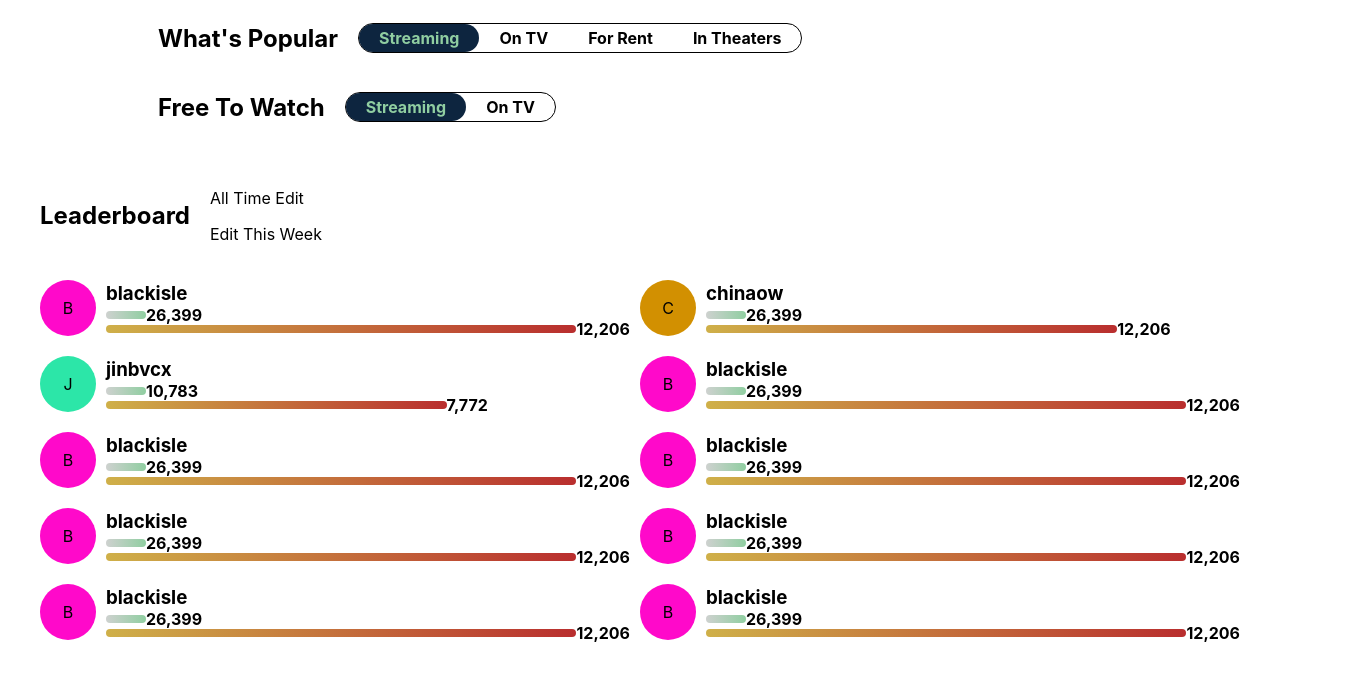
Repository: Fauzaanmhmd/qnpTesFrontend
Page: /
These files come from the project's save history. The page is drawn as it stood at one moment and after the next save; the edit follows.
The browser window is 1280 px wide. The page is 1371 px wide, so the pictures cover 1371 px, including what lies to the right of the window. The pictures show the part of the page from y = 364 to 1054 px (the page is 1054 px tall).
The page's requests for data from a server got no answer. The project was rebuilt for these pictures with package versions that can differ from the ones it lists, and the page was loaded fresh each time. The framework's server and built-in components were replaced by stand-ins that run in the browser. No one was signed in, and anything a server would have sent is missing. Also part of the build but not shown: next.config.js, styles/Moviecard.module.scss, pages/components/Moviecard.tsx.

Above is the page before, as saved 2022-03-20 22:50:55.

After the next save:
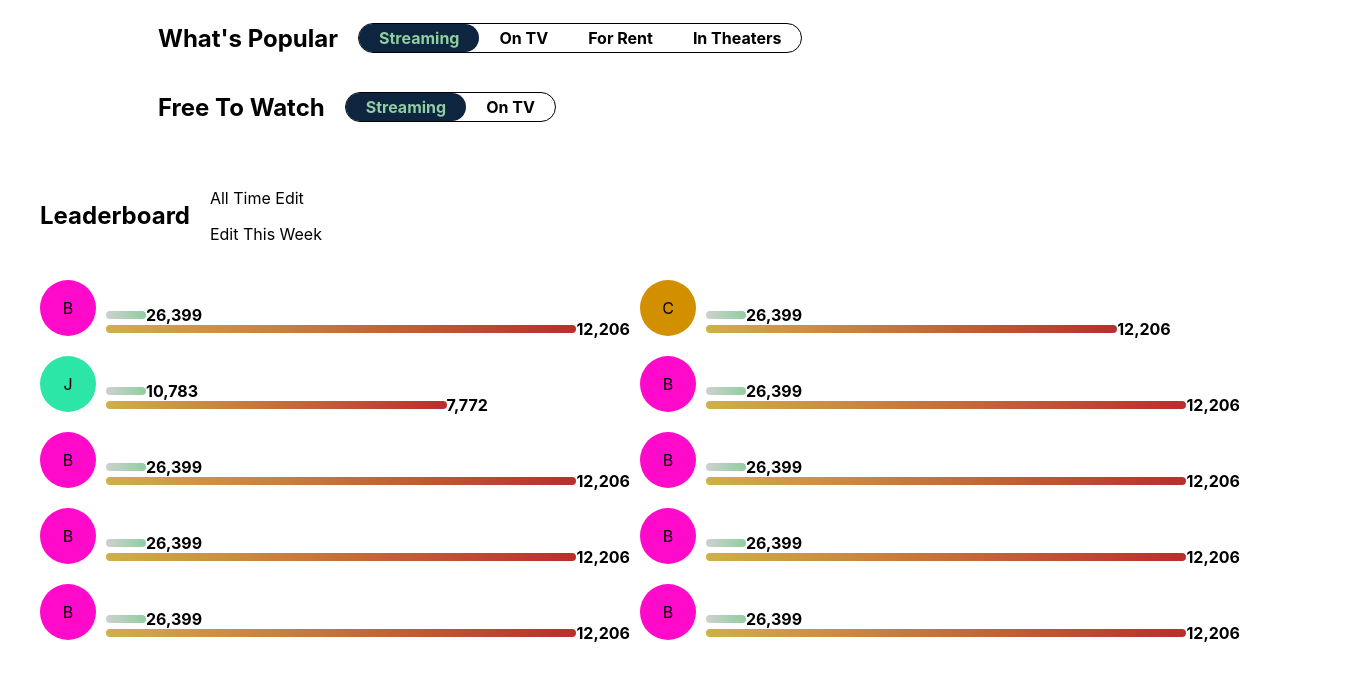
Saved 24 s later.
--- a/styles/Leaderboard.module.scss
+++ b/styles/Leaderboard.module.scss
@@ -111,7 +111,7 @@
     h3 {
         margin: 0;
         padding: 0;
-        color: #000;
+        color: $white;
     }
 }
 

After the save that followed:
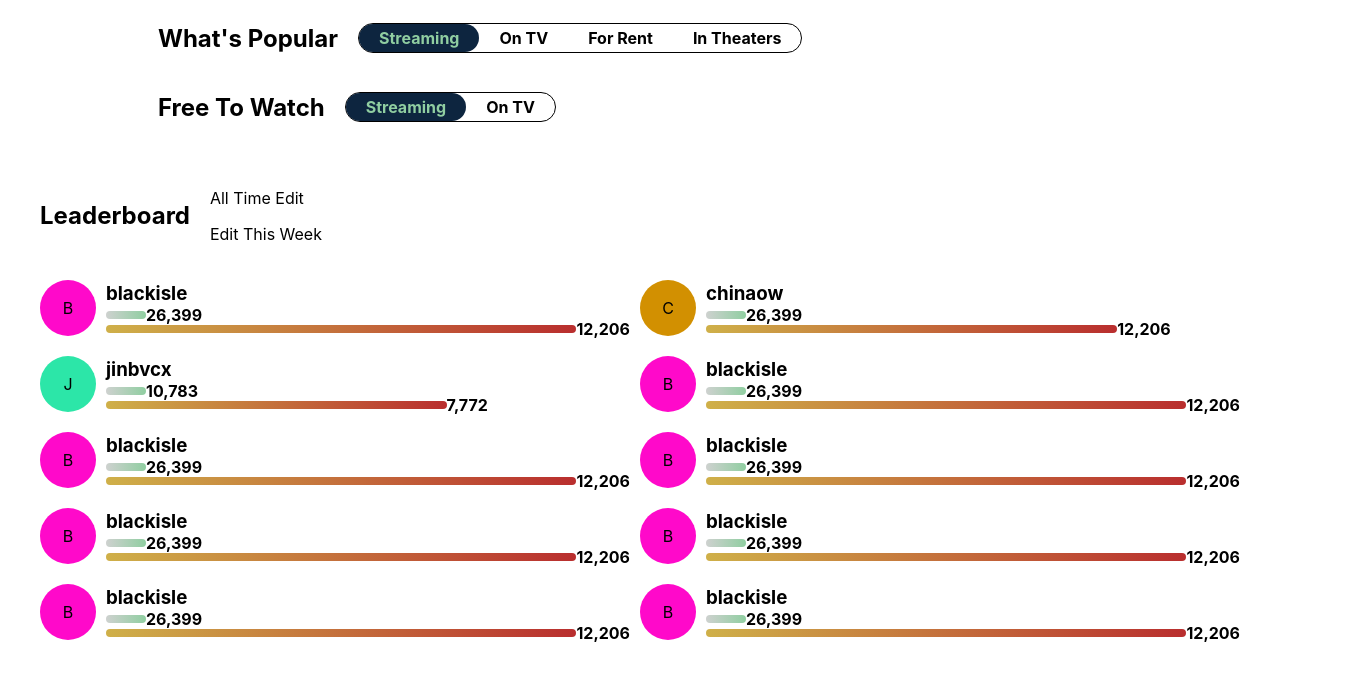
Saved 47 s later.
--- a/styles/Leaderboard.module.scss
+++ b/styles/Leaderboard.module.scss
@@ -111,7 +111,7 @@
     h3 {
         margin: 0;
         padding: 0;
-        color: $white;
+        color: #000;
     }
 }
 
